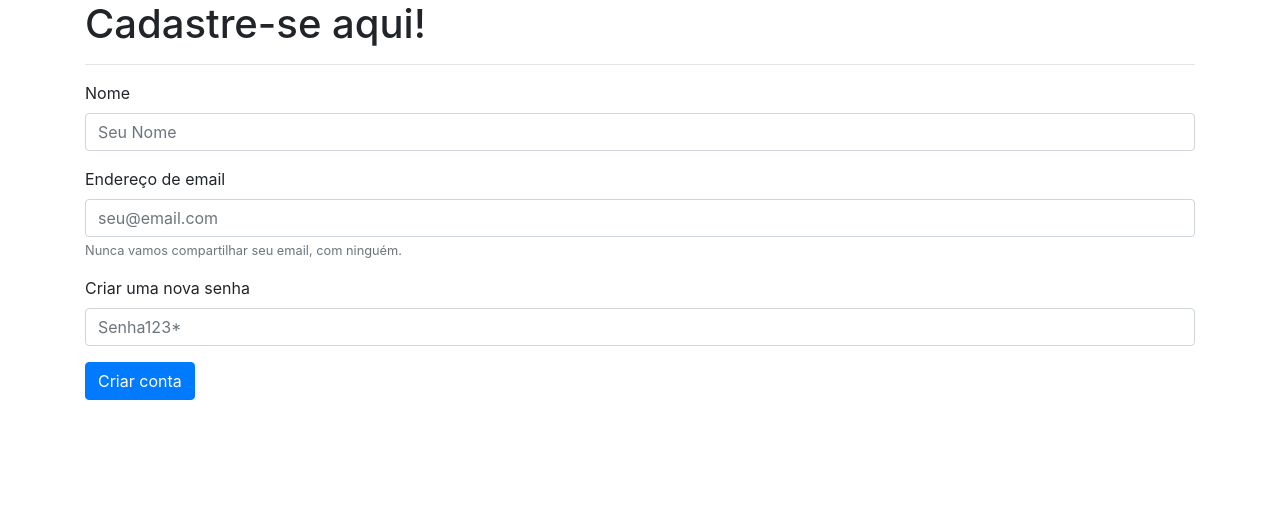
Repository: RickFernandez/Cadastro-Traveller
Page: http://localhost/cadastroUsuario
These files come from the project's save history. The page is drawn as it stood at one moment and after the next save; the edit follows.
The browser window is 1280 px wide. The pictures show the whole page.
The page is this project's Thymeleaf template; nobody is signed in. The template is opened directly, without the code that normally fills it, so the values that code supplies are empty.

Above is the page before, as saved 2022-05-30 01:50:13.

### Traveller/src/main/resources/templates/cadastroUsuario.html
<!DOCTYPE html>
<html>
<head>
<meta charset="UTF-8">
<title>Cadastro de Usuários</title>
<link rel="stylesheet" href="https://stackpath.bootstrapcdn.com/bootstrap/4.1.3/css/bootstrap.min.css" integrity="sha384-MCw98/SFnGE8fJT3GXwEOngsV7Zt27NXFoaoApmYm81iuXoPkFOJwJ8ERdknLPMO" crossorigin="anonymous">
</head>
<body>

	<div class="container">
	<h1>Cadastre-se aqui!</h1>
	<hr>

	<form>
	<div class="form-group">
	    <label for="exampleInputEmail1">Nome</label>
	    <input type="text" class="form-control" id="exampleInputEmail1" aria-describedby="emailHelp" placeholder="Seu Nome">
	  </div>

	  <div class="form-group">
	    <label for="exampleInputEmail1">Endereço de email</label>
	    <input type="email" class="form-control" id="exampleInputEmail1" aria-describedby="emailHelp" placeholder="seu@email.com">
	    <small id="emailHelp" class="form-text text-muted">Nunca vamos compartilhar seu email, com ninguém.</small>
	  </div>

	  <div class="form-group">
	    <label for="exampleInputPassword1">Criar uma nova senha</label>
	    <input type="password" class="form-control" id="exampleInputPassword1" placeholder="Senha123*">
	  </div>

	  <button type="submit" class="btn btn-primary">Criar conta</button>
	</form>
	</div>
</body>
</html>

After the next save:
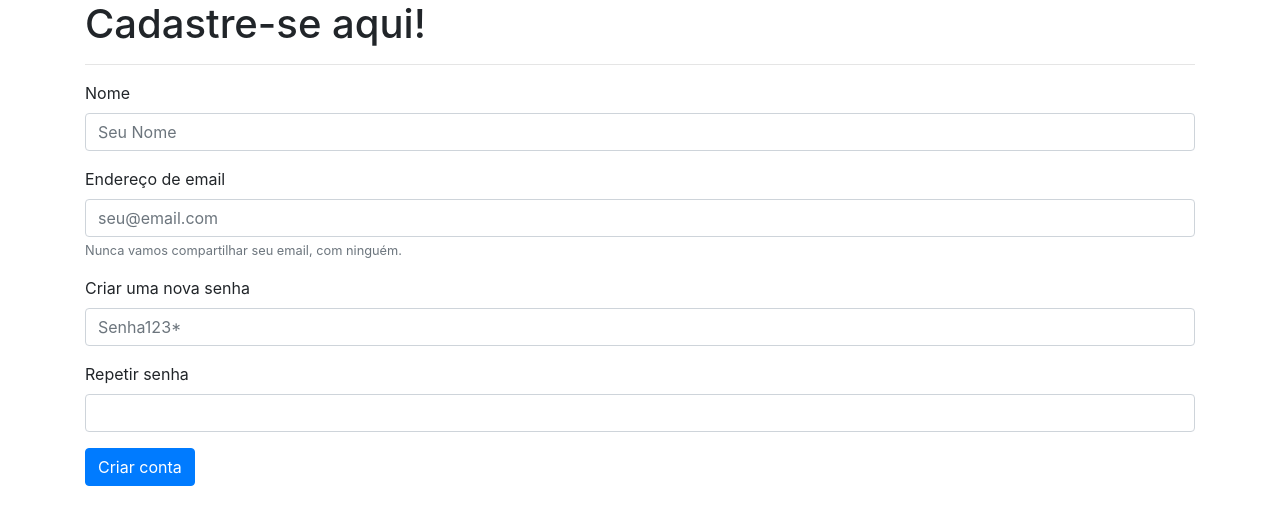
Saved 34 s later.
--- a/Traveller/src/main/resources/templates/cadastroUsuario.html
+++ b/Traveller/src/main/resources/templates/cadastroUsuario.html
@@ -28,6 +28,11 @@
 	    <input type="password" class="form-control" id="exampleInputPassword1" placeholder="Senha123*">
 	  </div>
 
+	  <div class="form-group">
+	    <label for="exampleInputPassword1">Repetir senha</label>
+	    <input type="password" class="form-control" id="exampleInputPassword1">
+	  </div>
+
 	  <button type="submit" class="btn btn-primary">Criar conta</button>
 	</form>
 	</div>
